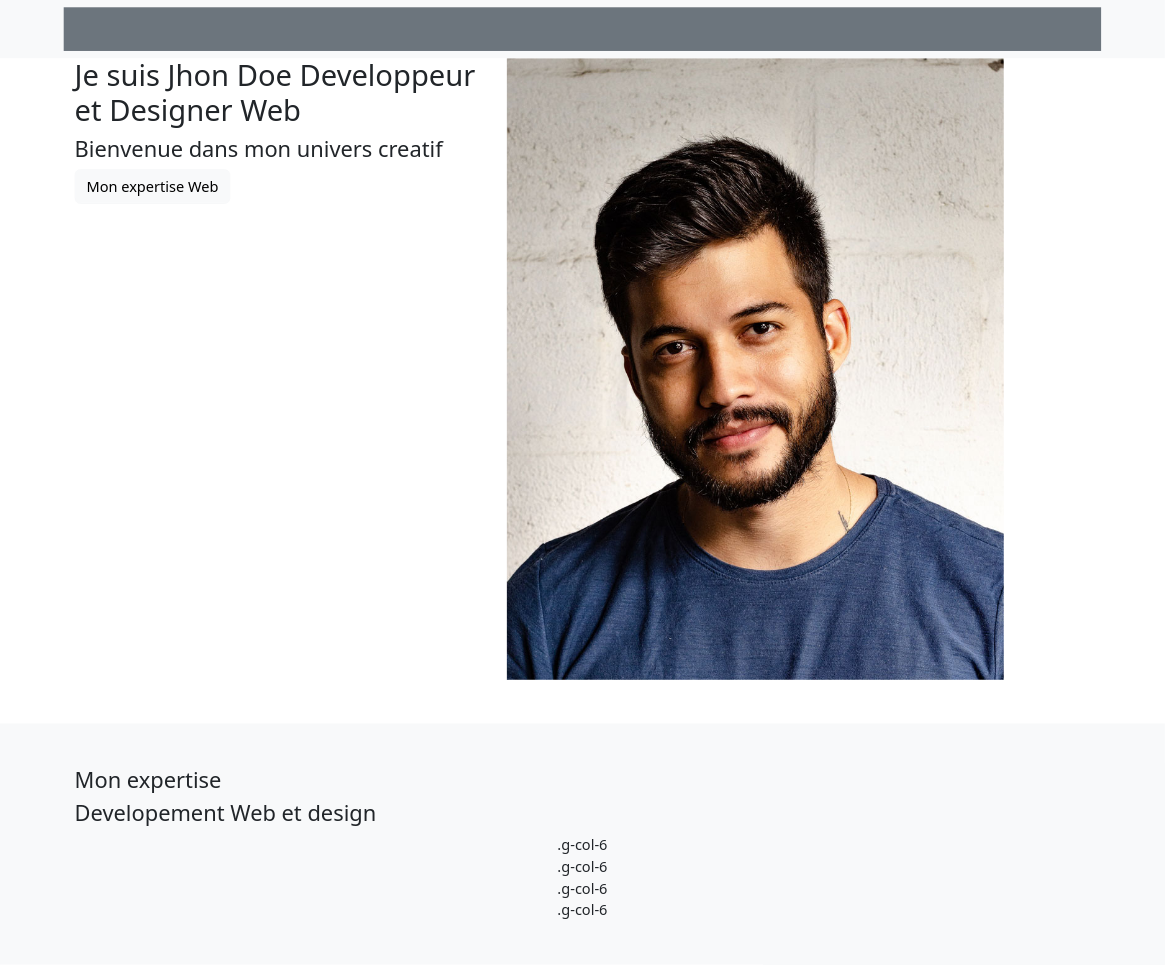
Repository: wadelfadill/Bootstrap_tache_1_portfolio
Page: index.html
The author's editor kept a copy of each file at every save. The page is drawn from the files as they stood at one save, then again after the next save.
The browser window is 1280 px wide. The pictures show the whole page, at 91% of full size.

Above is the page before, as saved 2023-03-27 12:15:34.

After the next save:
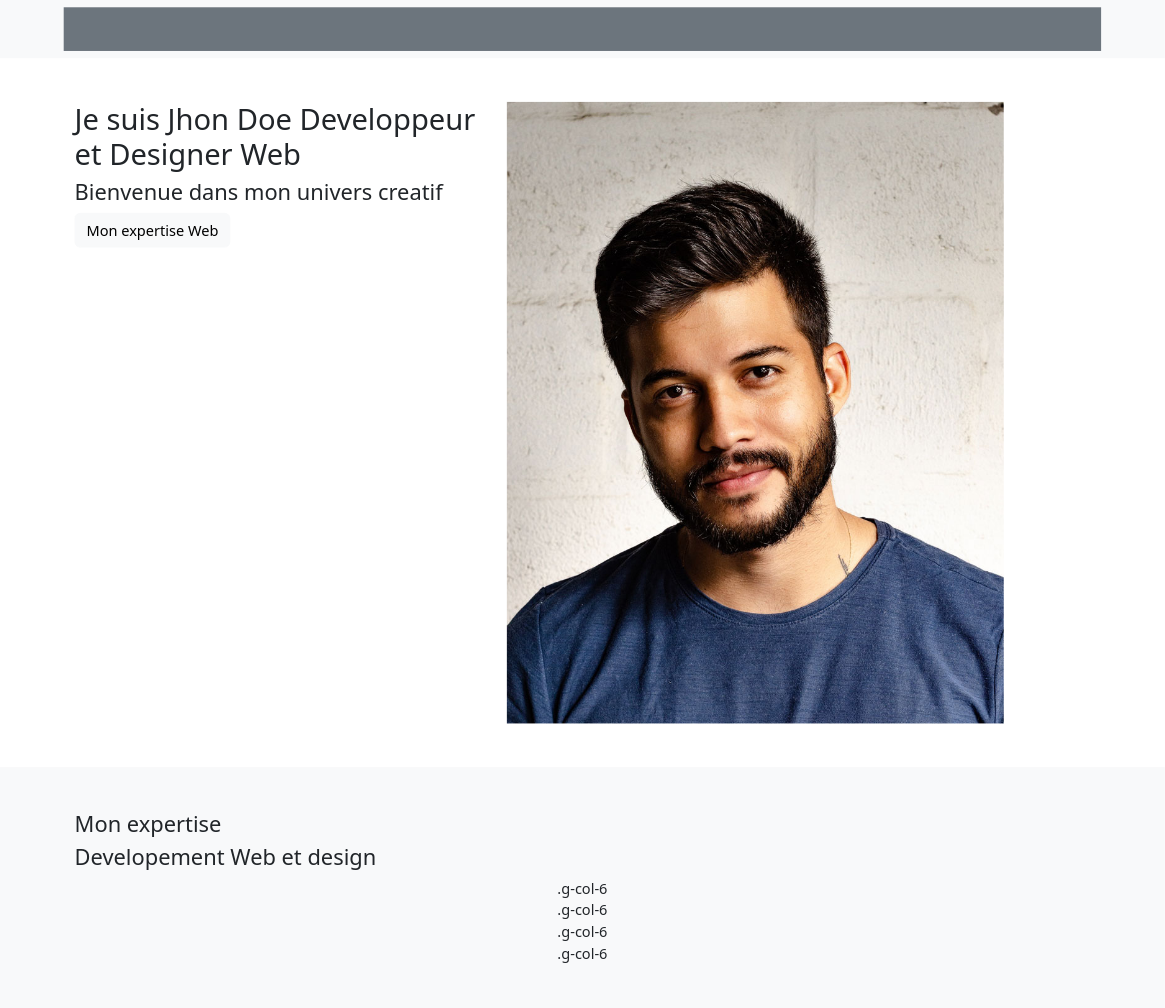
Saved 66 s later.
--- a/index.html
+++ b/index.html
@@ -17,7 +17,7 @@
         </nav>
     </header>
     <main>
-        <section my-5>
+        <section class="my-5">
             <div class="container">
                 <div class="row">
                     <div class="col-5">
